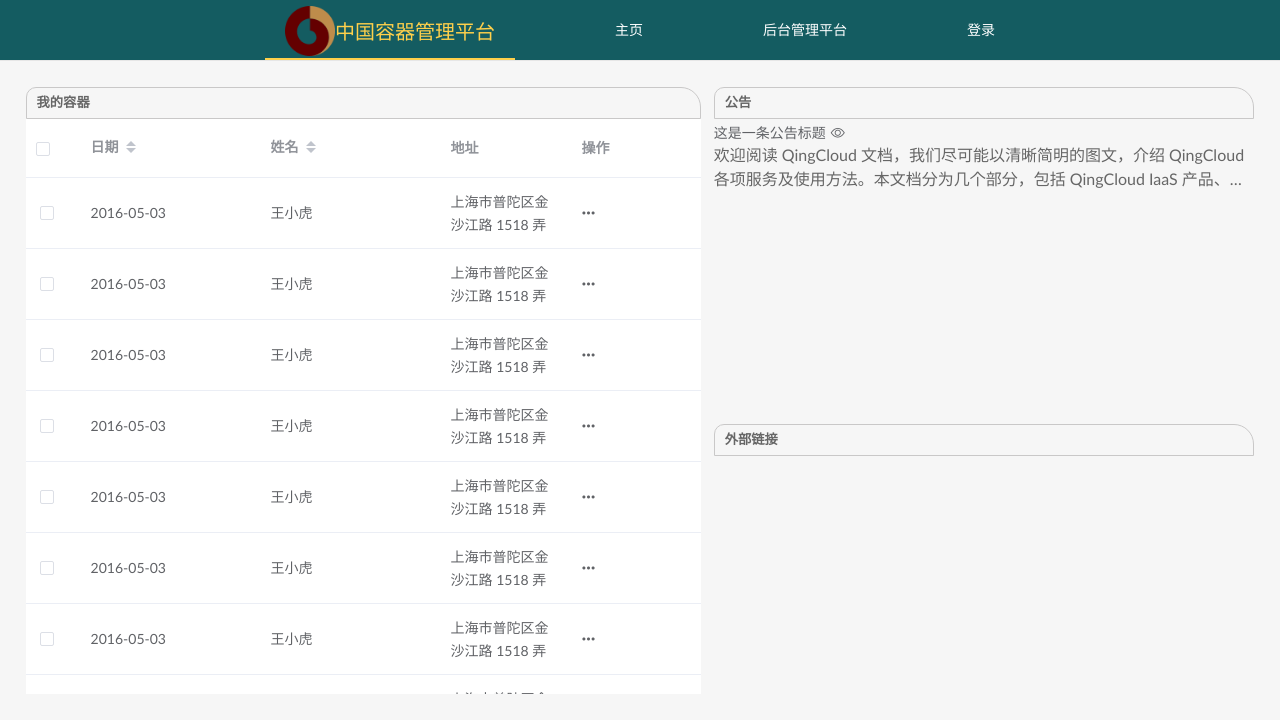
Repository: lei123zhou/zhongjin
Page: /main/home
An editor plug-in stored every save of this project. The page is shown before and after a run of saves, followed by the edit.
The browser window is 1280 px wide. The pictures show the whole page.
An inner scrolling area shows only its first screen. The project was rebuilt for these pictures with package versions that can differ from the ones it lists, and the page was loaded fresh each time. Also part of the build but not shown: vue.config.js.

Above is the page before, as saved 2022-08-29 20:33:52.

### src/main.js
import Vue from "vue";
import App from "./App.vue";

Vue.config.productionTip = false;
import "./plugins/element";

import "./main.less";
import router from "./route/index.js";
import store from "./store/index.js";
new Vue({
  router,
  store,
  render: (h) => h(App),
}).$mount("#app");

### src/App.vue
<template>
  <div id="app">
    <router-view></router-view>
  </div>
</template>

<script>
export default {
};
</script>

<style>
#app{
  height: 100%;
  overflow: hidden;

}
</style>>

### src/plugins/element.js
import Vue from "vue";
import {
  Button,
  Form,
  Input,
  Icon,
  FormItem,
  Loading,
  Card,
  Menu,
  MenuItem,
  Submenu,
  Table,
  TableColumn,
  Dropdown,
  DropdownMenu,
  DropdownItem,
  Tooltip,
  Popover,
  Pagination,
  Link,
  Dialog,
} from "element-ui";
import "element-ui/lib/theme-chalk/index.css";
Vue.use(Button);
Vue.use(Form);
Vue.use(Input);
Vue.use(Icon);
Vue.use(FormItem);
Vue.use(Card);
Vue.use(Menu);
Vue.use(MenuItem);
Vue.use(Submenu);
Vue.use(Table);
Vue.use(TableColumn);
Vue.use(Dropdown);
Vue.use(DropdownMenu);
Vue.use(DropdownItem);
Vue.use(Tooltip);
Vue.use(Popover);
Vue.use(Pagination);
Vue.use(Link);
Vue.use(Dialog);
Vue.use(Loading);

### src/main.less
@media (min-width:0px){
    html{font-size:12px;}
}
@media (min-width: 320px){
    html{font-size:12px;}
}
@media (min-width: 340px){
    html{font-size:13px;}
}
@media (min-width: 360px){
    html{font-size:14px;}
}
@media (min-width: 380px){
    html{font-size:15px;}
}
@media (min-width: 400px){
    html{font-size:15px;}
}
@media (min-width: 420px){
    html{font-size:16px;}
}
*{
    margin: 0;
    padding: 0;
}
ul,ol,li,dl{
    list-style-type: none;
}
a{
    text-decoration: none;
}
html,body{
    height: 100%;

    overflow: hidden;

}
body{
    font-family: 'Trebuchet MS', 'Lucida Sans Unicode', 'Lucida Grande', 'Lucida Sans', Arial, sans-serif;
    color: #666;
    line-height: 1.5;
}
.bottom-border,
.top-border {
  position: relative;
}

.bottom-border::after,
.top-border::before {
  content: '';
  position: absolute;
  left: 0;
  right: 0;
  height: 1px;
  background-color:#d43c33;
  transform: scaleY(0.5);
}

.top-border::before {
  top: 0;
}

.bottom-border::after {
  bottom: 0;
}

### src/route/index.js
import Vue from "vue";
import VueRouter from "vue-router";
Vue.use(VueRouter);
const originPush = VueRouter.prototype.push;
VueRouter.prototype.push = function push(location) {
  return originPush.call(this, location).catch((err) => err);
};
const routes = [
  { path: "/", redirect: "/login" },
  { path: "/login", name: 'login', component: () => import('../pages/login/LoginPage.vue') },
  {
    path: "/main", name: 'main', component: () => import('../pages/main/MainPage.vue'), children: [
      { path: "", redirect: "/main/home" },
      {
        path: "home",
        name: "home",
        component: () => import("../pages/home/HomePage.vue"),
      },
    ]
  }
];
const router = new VueRouter({
  routes,
  mode: 'history'
})
export default router;

### src/store/index.js
import Vue from 'vue';
import Vuex from 'vuex';
Vue.use(Vuex);
export default new Vuex.Store({
    state:{},
    getters:{},
    mutations:{}
})

### src/pages/main/MainPage.vue
<template>
  <div class="main">
    <div class="heard">
      <el-menu
        :default-active="activeIndex2"
        class="el-menu-demo"
        mode="horizontal"
        @select="handleSelect"
        background-color="#145c61"
        text-color="#fff"
        active-text-color="#ffd04b"
      >
        <el-menu-item index="1">
          <template slot="title">
            <img src="../../assets/u2.png" alt="" id="logo" />
            <span class="login-title">中国容器管理平台</span>
          </template></el-menu-item
        >
        <el-menu-item index="2">主页</el-menu-item>
        <el-menu-item index="3" @click="toManagement"
          >后台管理平台</el-menu-item
        >
        <el-menu-item index="null">登录</el-menu-item>
      </el-menu>
    </div>
    <router-view></router-view>
  </div>
</template>

<script>
export default {
  data() {
    return {
      activeIndex: "1",
      activeIndex2: "1",
    };
  },
  methods: {
    handleSelect(key, keyPath) {
      console.log(key, keyPath);
    },
    toManagement() {
      this.$router.push("/management");
    },
  },
};
</script>
<style lang="less" scoped>
.main {
  display: flex;
  flex-direction: column;
  justify-content: start;
  background-color: #f6f6f6;
  height: 100%;
  .heard {
    width: 100%;
    background-color: "#145c61";
  }
}
.login-title {
  font-size: 20px;
  line-height: 61px;
}
.clearfix {
  display: flex;
  align-content: center;
  justify-content: space-around;
}
#logo {
  width: 50px;
}
/deep/.el-menu.el-menu--horizontal {
  display: flex;
  justify-content: center;
  li {
    margin: 0 40px;
    padding: 0 20px;
  }
}
</style>

### src/pages/home/HomePage.vue
<template>
  <div class="home">
    <div class="left">
      <h5 class="title">我的容器</h5>
      <el-table
        ref="multipleTable"
        :data="tableData"
        tooltip-effect="dark"
        style="width: 100%"
        @selection-change="handleSelectionChange"
      >
        <el-table-column type="selection" width="55"> </el-table-column>
        <el-table-column prop="date" label="日期" sortable width="180">
        </el-table-column>
        <el-table-column prop="name" label="姓名" sortable width="180">
        </el-table-column>
        <el-table-column prop="address" label="地址" :formatter="formatter">
        </el-table-column>
        <el-table-column label="操作">
          <el-popover placement="right" width="40" trigger="hover">
            <template slot-scope="scope">
              <el-button
                size="mini"
                @click="handleEdit(scope.$index, scope.row)"
                >编辑</el-button
              >
              <el-button
                size="mini"
                type="danger"
                @click="handleDelete(scope.$index, scope.row)"
                >删除</el-button
              >
            </template>
            <i slot="reference" class="el-icon-more"></i>
          </el-popover>
        </el-table-column>
      </el-table>
      <el-pagination background layout="prev, pager, next" :total="1000">
      </el-pagination>
      <div style="margin-top: 20px" v-if="allDel">
        <el-button @click="toggleSelection([tableData[1], tableData[2]])"
          >全部删除</el-button
        >
        <el-button @click="toggleSelection()">取消选择</el-button>
      </div>
    </div>
    <div class="right">
      <div class="right-top">
        <h5 class="title">公告</h5>
        <div class="contaion">
          <div>
            <el-link @click="showDetail"
              >这是一条公告标题<i class="el-icon-view el-icon--right"></i>
            </el-link>
            <span
              >欢迎阅读 QingCloud 文档，我们尽可能以清晰简明的图文，介绍
              QingCloud 各项服务及使用方法。本文档分为几个部分，包括 QingCloud
              IaaS 产品、QingStor 对象存储产品、CDN & DDOS 产品、QingCloud
              AppCenter
              产品等。每类产品的文档包含产品介绍、使用说明、开发者接口文档、FAQ
              等。 如果使用过程中遇到困惑或问题，建议先按产品类型查看下常见问题
              FAQ， 我们会不断收集整理用户提出的问题，并编入 FAQ 。
              对于想更高效地使用 QingCloud，或想通过 QingCloud
              做进一步开发的技术人员，可以参阅 QingCloud 的 API 文档。
              我们开放了资源相关的所有 API，就是希望开发者能够基于 QingCloud
              创造更丰富的上层服务。
              根据中国大陆工信部的规定，所有在大陆境内运行的网站必须进行 ICP
              备案。 详细备案文档请前往 青云备案管理系统 查看。</span
            >
            <diglog ref="show" :announcement="announcement"></diglog>
          </div>
        </div>
      </div>
      <div class="right-down"><h5 class="title">外部链接</h5></div>
    </div>
  </div>
</template>

<script>
import diglog from "./compontents/DiglogCom.vue";
export default {
  components: {
    diglog,
  },
  data() {
    return {
      allDel: false,
      dialogVisible: false,
      announcement: "",
      tableData: [
        {
          date: "2016-05-03",
          name: "王小虎",
          address: "上海市普陀区金沙江路 1518 弄",
        },
        {
          date: "2016-05-03",
          name: "王小虎",
          address: "上海市普陀区金沙江路 1518 弄",
        },
        {
          date: "2016-05-03",
          name: "王小虎",
          address: "上海市普陀区金沙江路 1518 弄",
        },
        {
          date: "2016-05-03",
          name: "王小虎",
          address: "上海市普陀区金沙江路 1518 弄",
        },
        {
          date: "2016-05-03",
          name: "王小虎",
          address: "上海市普陀区金沙江路 1518 弄",
        },
        {
          date: "2016-05-03",
          name: "王小虎",
          address: "上海市普陀区金沙江路 1518 弄",
        },
        {
          date: "2016-05-03",
          name: "王小虎",
          address: "上海市普陀区金沙江路 1518 弄",
        },
        {
          date: "2016-05-03",
          name: "王小虎",
          address: "上海市普陀区金沙江路 1518 弄",
        },
        {
          date: "2016-05-03",
          name: "王小虎",
          address: "上海市普陀区金沙江路 1518 弄",
        },
        {
          date: "2016-05-02",
          name: "王小虎",
          address: "上海市普陀区金沙江路 1518 弄",
        },
        {
          date: "2016-05-04",
          name: "王小虎",
          address: "上海市普陀区金沙江路 1518 弄",
        },
        {
          date: "2016-05-01",
          name: "王小虎",
          address: "上海市普陀区金沙江路 1518 弄",
        },
      ],
      multipleSelection: [],
    };
  },

  methods: {
    toggleSelection(rows) {
      if (rows) {
        rows.forEach((row) => {
          this.$refs.multipleTable.toggleRowSelection(row);
        });
      } else {
        this.$refs.multipleTable.clearSelection();
      }
    },
    handleSelectionChange(val) {
      this.multipleSelection = val;
      this.allDel = !this.allDel;
    },
    // 编辑删除
    handleEdit(index, row) {
      console.log(index, row);
    },
    handleDelete(index, row) {
      console.log(index, row);
    },

    formatter(row) {
      return row.address;
    },
    showDetail() {
      this.$refs.show.showDig();
    },
  },
};
</script>

<style lang="less" scoped>
.home {
  display: flex;
  margin: 2vw;
  height: 100%;
  overflow-x: hidden;
  overflow-y: auto;
  h5 {
    padding: 5px 10px;
    border: 1px solid rgb(201, 200, 200);
    border-top-right-radius: 20px;
    border-top-left-radius: 10px;
  }
}
.left {
  width: 55%;
  margin-right: 1%;
  .el-pagination {
    margin-top: 20px;
    display: flex;
    justify-content: flex-end;
  }
}
.right {
  flex: 1;
  display: flex;
  flex-direction: column;
  .right-top {
    display: flex;
    flex-direction: column;
    margin-bottom: 1%;
  }
}
.contaion {
  height: 300px;
  span {
    display: block;
    width: 100%;
    text-overflow: -o-ellipsis-lastline;
    overflow: hidden;
    text-overflow: ellipsis;
    display: -webkit-box;
    -webkit-line-clamp: 2;
    -webkit-box-orient: vertical;
  }
}
</style>

### src/pages/home/compontents/DiglogCom.vue
<template>
  <div>
    <el-dialog
      title="提示"
      :visible.sync="dialogVisible"
      width="30%"
      :before-close="handleClose"
    >
      <span>这是一段信息</span>
      <span slot="footer" class="dialog-footer">
        <el-button type="primary" @click="dialogVisible = false"
          >已阅读</el-button
        >
      </span>
    </el-dialog>
  </div>
</template>

<script>
export default {
  props: ["announcement"],
  data() {
    return {
      dialogVisible: false,
    };
  },
  methods: {
    handleClose(done) {
      this.$confirm("确认关闭？").then(() => {
        done();
      });
    },
    showDig() {
      this.dialogVisible = true;
    },
  },
};
</script>

<style></style>

Loaded but not shown: public/index.html (common file)

After the next 8 saves:
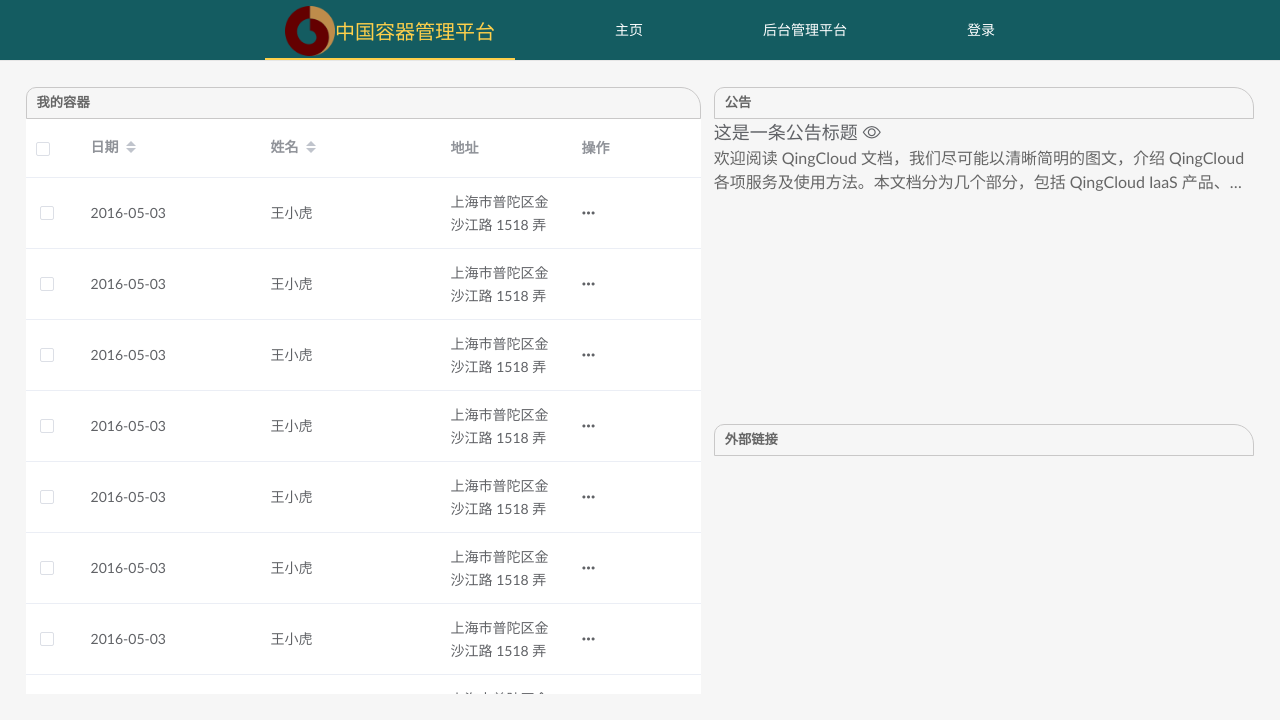
The 8 saves are shown as one change because they came seconds apart.
The last was saved 104 s later.
--- a/src/pages/home/HomePage.vue
+++ b/src/pages/home/HomePage.vue
@@ -230,5 +230,8 @@ export default {
     -webkit-line-clamp: 2;
     -webkit-box-orient: vertical;
   }
+  .el-link {
+    font-size: 18px;
+  }
 }
 </style>
